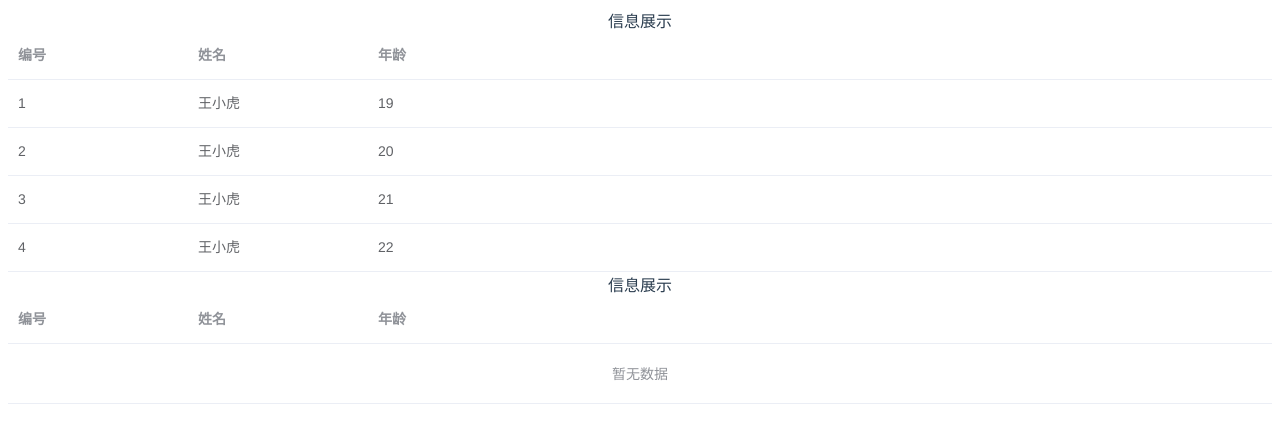
Repository: chang-meng-yun/vue_project
Page: /#/about
An editor plug-in stored every save of this project. The page is shown before and after the next save, followed by the edit.
The browser window is 1280 px wide. The pictures show the whole page.
The project was rebuilt for these pictures with package versions that can differ from the ones it lists, and the page was loaded fresh each time. Also part of the build but not shown: vue.config.js, src/VBindStudy.vue, src/HomeWork.vue, src/views/reHome.vue, src/FromFrame.vue, src/prents.vue, src/views/son.vue, src/components/HelloWorld.vue and 2 more.

Above is the page before, as saved 2024-06-27 15:49:17.

### public/index.html
<!DOCTYPE html>
<html lang="">
  <head>
    <meta charset="utf-8">
    <meta http-equiv="X-UA-Compatible" content="IE=edge">
    <meta name="viewport" content="width=device-width,initial-scale=1.0">
    <link rel="icon" href="<%= BASE_URL %>favicon.ico">
    <!-- <title><%= htmlWebpackPlugin.options.title %></title> -->
     <title>我是首页</title>
  </head>
  <body>
    <noscript>
      <strong>We're sorry but <%= htmlWebpackPlugin.options.title %> doesn't work properly without JavaScript enabled. Please enable it to continue.</strong>
    </noscript>
    <!-- 显示内容的地方 -->
    <div id="app"></div>
    <!-- built files will be auto injected -->
  </body>
</html>

### src/main.js
import Vue from 'vue'
import App from './App.vue'
import ElementUI from 'element-ui';
import 'element-ui/lib/theme-chalk/index.css';
import router from './router'

Vue.use(ElementUI);

Vue.config.productionTip = false
new Vue({
  router,
  render: h => h(App)
}).$mount('#app')

### src/App.vue
<template>
  <div id="app">
    <!-- <Hello></Hello> -->
    <!-- <VBindStudy></VBindStudy> -->
    <!-- <HomeWork></HomeWork> -->
    <!-- <reHome></reHome> -->
    <!-- <Model></Model> -->
    <!-- <FromFrame></FromFrame> -->
     <!-- <prents></prents> -->
     <!-- <div>来自父组件得值{{son_title}}</div>
      <son @son_to_parent="getValues"></son> -->

      <!-- <child myTitle="信息展示" :mysrc="img_path" > -->
        <child myTitle="信息展示" myTitle2="信息展示"  :tableData1="tableData1"></child>


    </div>
</template>
<script>
  // 导入组件
  import Hello from '@/Hello.vue'
  import VBindStudy from '@/VBindStudy'
  import HomeWork from '@/HomeWork'
  import reHome from './views/reHome.vue'
  import FromFrame from '@/FromFrame.vue'
  import prents from '@/prents.vue'
  import child from '@/child.vue'
   import son from './views/son.vue'
  // import Model from './views/Model.vue'
  export default {
    components: {
      Hello,
      VBindStudy,
      HomeWork,
      FromFrame,
      prents,
      child,
      son
      // Model
    },
    data() {
      return {
        tableData1: [{
            id: '1',
            name: '王小虎',
            age: '19'
          }, {
            id: '2',
            name: '王小虎',
            age: '20'
          }, {
            id: '3',
            name: '王小虎',
            age: '21'
          }, {
            id: '4',
            name: '王小虎',
            age: '22'
          }]
        // mark: true,
        // name: "张三",
        // mywidth: "350px",
        // myImage: require("./assets/花.jpg"),
        // img_path: require("@/assets/花.jpg"),
        // son_title:""
      }
    },
    methods: {
      controller_div() {
        this.mark = !this.mark
        console.log(this.mark)
      },
      changeSize() {
        this.mywidth = "500px"
      },
      changeImage() {
        console.log("pakaqiu")
        this.myImage = require("./assets/小樱花.webp")
      },
      getValues(n){
        this.son_title=n
      }
    }
  }
</script>
<style>
  .box {
    width: 200px;
    height: 200px;
    background-color: red;
  }

  #app {
    font-family: Avenir, Helvetica, Arial, sans-serif;
    -webkit-font-smoothing: antialiased;
    -moz-osx-font-smoothing: grayscale;
    text-align: center;
    color: #2c3e50;
  }

  nav {
    padding: 30px;
  }

  nav a {
    font-weight: bold;
    color: #2c3e50;
  }

  nav a.router-link-exact-active {
    color: #42b983;
  }
</style>

### src/Hello.vue
<template>
  <div>
        <!-- <nav>
      <router-link to="/">Home</router-link> |
      <router-link to="/about">About</router-link>
    </nav> -->
    <!-- <el-row>
      <el-button>默认按钮</el-button>
      <el-button type="primary">主要按钮</el-button>
      <el-button type="success">成功按钮</el-button>
      <el-button type="info">信息按钮</el-button>
      <el-button type="warning">警告按钮</el-button>
      <el-button type="danger">危险按钮</el-button>
    </el-row> -->

    <!-- <input  type="text" v-model="username"> -->
     <!-- <div  v-if="mark" class="box">
      div1-if标签
     </div> -->
     <!-- <el-button type="primary" v-on:click="controller_div()">控制div</el-button> -->
     <!-- <div  v-show ="mark" class="box"> -->
      <!-- div2-show标签 -->
     <!-- </div> -->
    <!-- <div>
      {{username}}
    </div> -->
    <!-- <router-view/> -->
     <!-- <hr> -->

     <el-row>
        <el-col :span="12">
          <div class="grid-content bg-purple">
         <img src="./assets/小雏菊.webp" v-bind:width="mywidth" />
         <br>
         <el-button type="primary" @click="changeSize()">改变大小</el-button>
        </div>
      </el-col>

        <el-col :span="12">
          <div class="grid-content bg-purple-light">
            <img v-bind:src="myImage" width="350px" />
            <br>
            <el-button type="primary" @click="changeImage()">改变图片</el-button>
        </div>
      </el-col>
      </el-row>

  </div>
</template>
<script>
     export default{
    // components:{
    //     Hello,
    //     VBindStudy
    // },
    data(){
      return{
        mark:true,
        name:"张三",
        mywidth:"350px",
        myImage:require("./assets/花.jpg")
      }
    },
    methods:{
     controller_div(){
        this.mark=!this.mark
        console.log(this.mark)
      },
      changeSize(){
        this.mywidth="500px"
      },
      changeImage(){
        console.log("pakaqiu")
        this.myImage=require("./assets/小樱花.webp")
      }
     },
     components:{

     }
    }
  </script>
  <style>
  .box{
      width: 200px;
      height: 200px;
      background-color: red;
  }
  #app {
    font-family: Avenir, Helvetica, Arial, sans-serif;
    -webkit-font-smoothing: antialiased;
    -moz-osx-font-smoothing: grayscale;
    text-align: center;
    color: #2c3e50;
  }

  nav {
    padding: 30px;
  }

  nav a {
    font-weight: bold;
    color: #2c3e50;
  }

  /* nav a.router-link-exact-active {
    color: #42b983;
  } */
  </style>

### src/child.vue
<template>
    <div>
        <div>
         {{myTitle}}
         <!-- <img :src="mysrc" height="300px" width="300px"> -->
         <el-table
         :data="tableData1"
         style="width: 100%">
         <el-table-column
           prop="id"
           label="编号"
           width="180">
         </el-table-column>
         <el-table-column
           prop="name"
           label="姓名"
           width="180">
         </el-table-column>
         <el-table-column
           prop="age"
           label="年龄">
         </el-table-column>
       </el-table>
        </div>
        <div>
            {{myTitle2}}
            <!-- <img :src="mysrc" height="300px" width="300px"> -->
            <el-table
            :data="tableData2"
            style="width: 100%">
            <el-table-column
              prop="id"
              label="编号"
              width="180">
            </el-table-column>
            <el-table-column
              prop="name"
              label="姓名"
              width="180">
            </el-table-column>
            <el-table-column
              prop="age"
              label="年龄">
            </el-table-column>
          </el-table>
           </div>
    </div>
</template>
<script>
    export default{
        data(){
            return{
                // img_path: require("@/assets/花.jpg"),
            }
        },
        // props:["myTitle","mysrc"],
        props:["myTitle","tableData1","myTitle2"],
        methods: {

        },
        components:{

        }
    }

</script>
<style>

</style>

Loaded but not shown: src/router/index.js (common file)

After the next save:
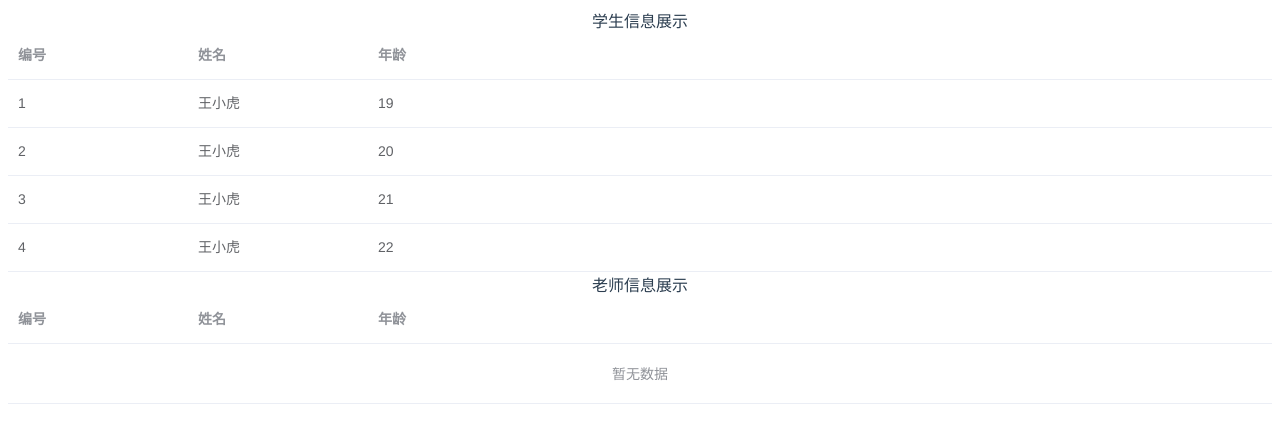
Saved 18 s later.
--- a/src/App.vue
+++ b/src/App.vue
@@ -11,7 +11,7 @@
       <son @son_to_parent="getValues"></son> -->
 
       <!-- <child myTitle="信息展示" :mysrc="img_path" > -->
-        <child myTitle="信息展示" myTitle2="信息展示"  :tableData1="tableData1"></child>
+        <child myTitle="学生信息展示" myTitle2="老师信息展示"  :tableData1="tableData1"></child>
 
 
     </div>
